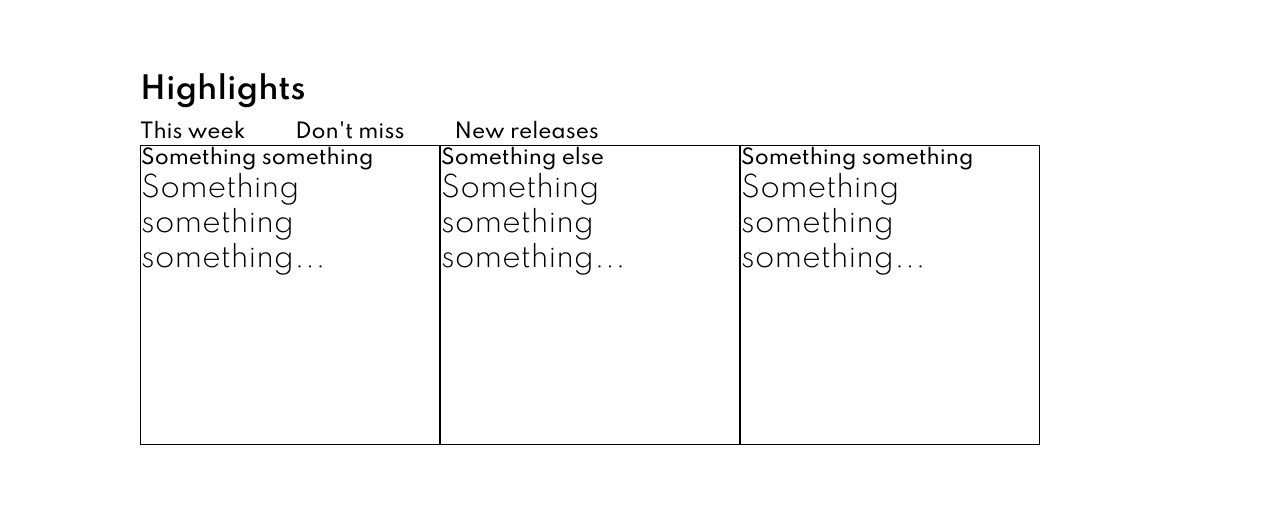
Repository: vvogt/fameworks_vv
Page: /
An editor plug-in stored every save of this project. The page is shown before and after the next save, followed by the edit.
The browser window is 1280 px wide. The pictures show the part of the page from y = 607 to 1112 px (the page is 1112 px tall).
Pictures or frames that could not be fetched are drawn as grey boxes. The project was rebuilt for these pictures with package versions that can differ from the ones it lists, and the page was loaded fresh each time. Also part of the build but not shown: src/components/NotFound.js. Imported but missing from the stored project, and not drawn on this page: src/assets/videos/seald_fullhd.mp4.

Above is the page before, as saved 2020-04-10 22:43:33.

After the next save:
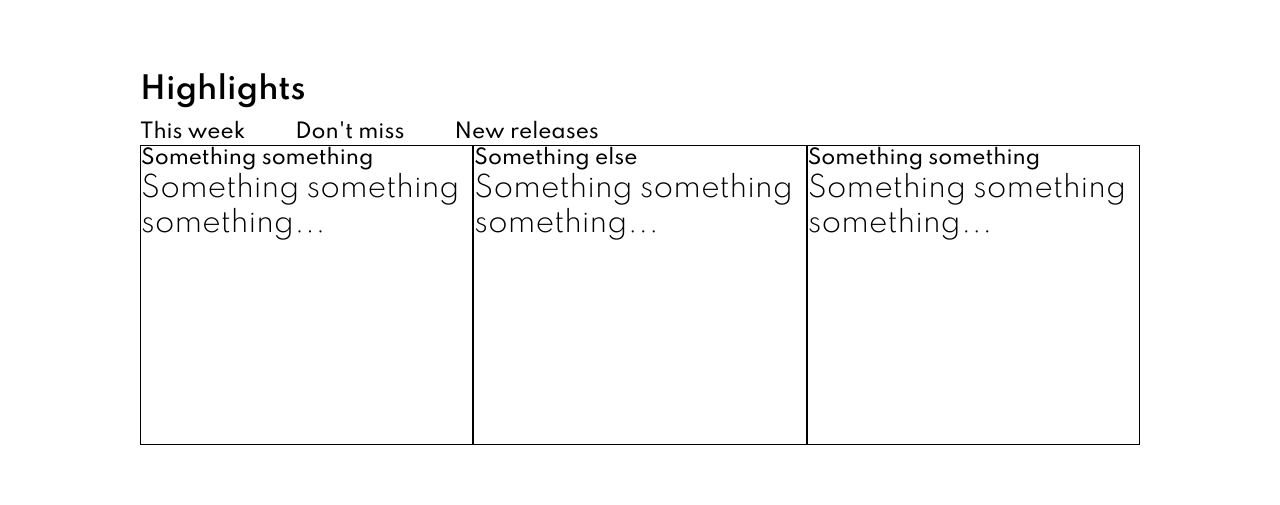
Saved 33 s later.
--- a/src/scss/_components.section.scss
+++ b/src/scss/_components.section.scss
@@ -12,7 +12,7 @@
          flex-wrap: none;
 
          li {
-            width: 30%;
+            width: 33.333333%;
          }
       }
    }
